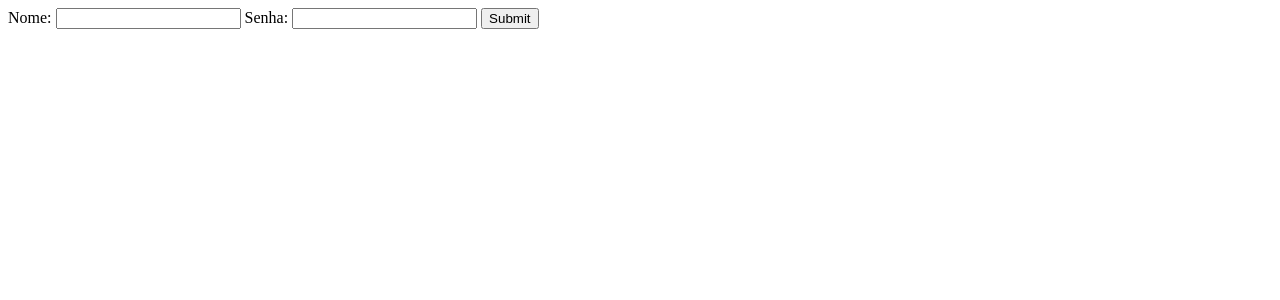
Repository: MathSzoke/JavaWebServlet
Page: http://localhost/gerenciador/formNewEmpresa.jsp
An editor plug-in stored every save of this project. The page is shown before and after the next save, followed by the edit.
The browser window is 1280 px wide. The pictures show the whole page.
The page is served by Tomcat 9.

Above is the page before, as saved 2021-06-17 16:53:16.

After the next save:
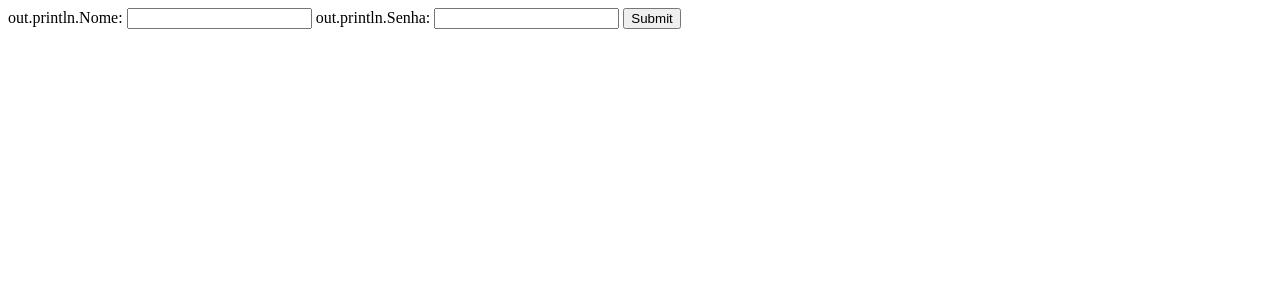
Saved 2 min 5 s later.
--- a/gerenciador/WebContent/formNewEmpresa.jsp
+++ b/gerenciador/WebContent/formNewEmpresa.jsp
@@ -8,8 +8,8 @@
 
 	<form action = "/gerenciador/newTest" method = "post">
 
-		Nome: <input type="text" name="nome"/>
-		Senha: <input type="password" name="senha"/>
+		out.println.Nome: <input type="text" name="nome"/>
+		out.println.Senha: <input type="password" name="senha"/>
 
 		<input type= "submit"/>
 

After the save that followed:
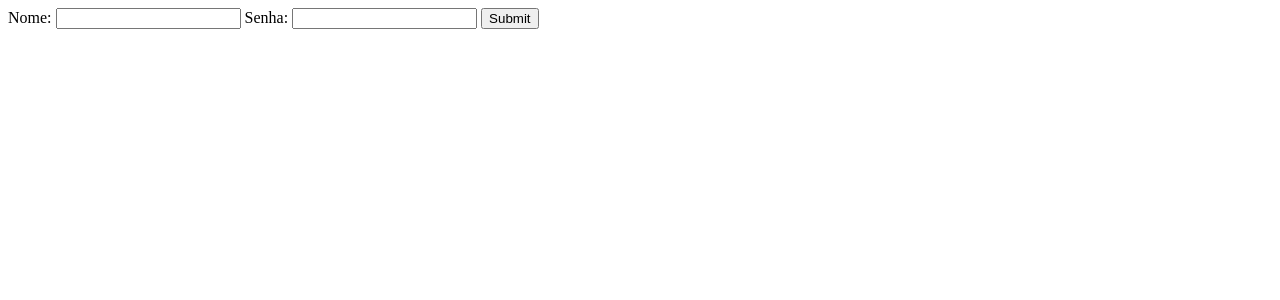
Saved 11 s later.
--- a/gerenciador/WebContent/formNewEmpresa.jsp
+++ b/gerenciador/WebContent/formNewEmpresa.jsp
@@ -8,8 +8,8 @@
 
 	<form action = "/gerenciador/newTest" method = "post">
 
-		out.println.Nome: <input type="text" name="nome"/>
-		out.println.Senha: <input type="password" name="senha"/>
+		Nome: <input type="text" name="nome"/>
+		Senha: <input type="password" name="senha"/>
 
 		<input type= "submit"/>
 
